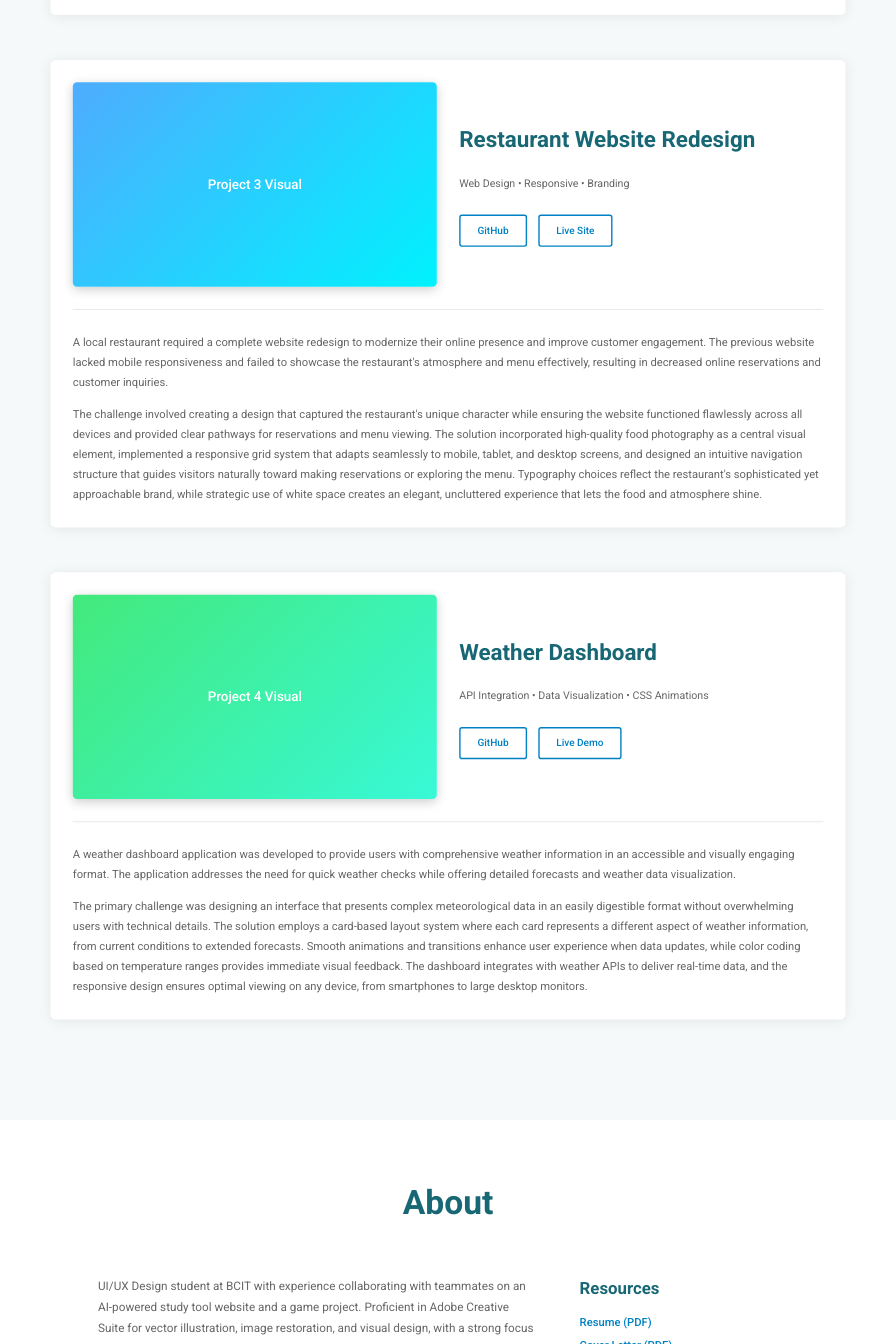
Repository: DonaldCWong/portfolio
Page: index.html
An editor plug-in stored every save of this project. The page is shown before and after the next save, followed by the edit.
The browser window is 1280 px wide. The pictures show the part of the page from y = 2261 to 4181 px (the page is 4866 px tall), at 70% of full size.

Above is the page before, as saved 2026-01-12 12:29:26.

### index.html
<!DOCTYPE html>
<html lang="en">
  <head>
    <meta charset="UTF-8">
    <meta name="viewport" content="width=device-width, initial-scale=1.0">
    <meta name="description" content="Donald Wong - Portfolio showcasing web development and design projects">
    <title>Donald Wong | Portfolio</title>
    <link rel="stylesheet" href="styles.css">
    <link rel="preconnect" href="https://fonts.googleapis.com">
    <link rel="preconnect" href="https://fonts.gstatic.com" crossorigin>
    <link href="https://fonts.googleapis.com/css2?family=Roboto:wght@300;400;500;700;900&display=swap" rel="stylesheet">
  </head>
  <body>
    <!-- Navigation -->
    <nav class="nav">
        <div class="nav-container">
            <a href="#home" class="logo">DW</a>
            <ul class="nav-menu">
                <li><a href="#projects">Projects</a></li>
                <li><a href="#about">About</a></li>
                <li><a href="#contact">Contact</a></li>
            </ul>
        </div>
    </nav>

    <!-- Hero / Landing -->
    <section id="home" class="hero">
        <div class="hero-content">
            <h1 class="hero-title">Donald Wong</h1>
            <p class="hero-subtitle">Graphic Designer & UX/UI Designer</p>
            <a href="#projects" class="cta-button">View Projects</a>
        </div>
    </section>

    <!-- Projects Section -->
    <section id="projects" class="projects">
        <div class="container">
            <h2 class="section-title">Projects</h2>

            <!-- Project 1 -->
            <article class="project">
                <div class="project-header">
                    <div class="project-visual">
                        <div class="project-image-placeholder project-1">
                            <span>Project 1 Visual</span>
                        </div>
                    </div>
                    <div class="project-info">
                        <h3 class="project-title">DVD Player Design</h3>
                        <p class="project-tags">Vector Graphics, Illustrator</p>
                        <div class="project-links">
                            <a href="https://github.com/DonaldCWong/ecommerce-platform" target="_blank" rel="noopener noreferrer" class="project-link">GitHub</a>
                            <a href="https://ecommerce-demo.netlify.app" target="_blank" rel="noopener noreferrer" class="project-link">Live Demo</a>
                        </div>
                    </div>
                </div>
                <div class="project-rationale">
                    <p>
                      This project is a detailed digital recreation of a DVD player, created to demonstrate precision, attention to detail, and effective use of vector illustration tools in Adobe Illustrator. The objective was to accurately represent a physical product in a digital format, highlighting its structure, components, and visual hierarchy while maintaining correct proportions and scale.                    </p>
                    <p>
                      The primary challenge involved ensuring visual accuracy while designing each element with consistency and clarity. This required careful alignment, spacing, and scaling to reflect how the product functions and appears in real life. Visual effects such as shadows and subtle blurs were applied to enhance depth and realism, helping the design feel more tangible. The completed illustration demonstrates how digital product recreations can be used to evaluate design decisions, communicate product details, and explore potential refinements before physical production.                    </p>
                </div>
            </article>

            <!-- Project 2 -->
            <article class="project">
                <div class="project-header">
                    <div class="project-visual">
                        <div class="project-image-placeholder project-2">
                            <span>Project 2 Visual</span>
                        </div>
                    </div>
                    <div class="project-info">
                        <h3 class="project-title">Can Design</h3>
                        <p class="project-tags">Photoshop, Illustrator</p>
                        <div class="project-links">
                            <a href="https://github.com/DonaldCWong/task-manager" target="_blank" rel="noopener noreferrer" class="project-link">GitHub</a>
                            <a href="https://taskmanager-demo.netlify.app" target="_blank" rel="noopener noreferrer" class="project-link">Live Demo</a>
                        </div>
                    </div>
                </div>
                <div class="project-rationale">
                    <p>
                        A task management application was created to help individuals and small teams organize their workflows more effectively. The application provides users with tools to create, categorize, and track tasks through various stages of completion, addressing the common issue of scattered information across multiple platforms.
                    </p>
                    <p>
                        The design challenge centered on creating an interface that felt lightweight and approachable while offering sufficient organization features. Research indicated users wanted immediate access to their most important tasks without visual clutter. The solution features a minimal design with color-coded categories for quick visual scanning, drag-and-drop functionality for intuitive task organization, and local storage capabilities that preserve data without requiring account creation. The interface prioritizes clarity and efficiency, enabling users to manage their tasks with minimal cognitive load.
                    </p>
                </div>
            </article>

            <!-- Project 3 -->
            <article class="project">
                <div class="project-header">
                    <div class="project-visual">
                        <div class="project-image-placeholder project-3">
                            <span>Project 3 Visual</span>
                        </div>
                    </div>
                    <div class="project-info">
                        <h3 class="project-title">Restaurant Website Redesign</h3>
                        <p class="project-tags">Web Design • Responsive • Branding</p>
                        <div class="project-links">
                            <a href="https://github.com/DonaldCWong/restaurant-website" target="_blank" rel="noopener noreferrer" class="project-link">GitHub</a>
                            <a href="https://restaurant-redesign.netlify.app" target="_blank" rel="noopener noreferrer" class="project-link">Live Site</a>
                        </div>
                    </div>
                </div>
                <div class="project-rationale">
                    <p>
                        A local restaurant required a complete website redesign to modernize their online presence and improve customer engagement. The previous website lacked mobile responsiveness and failed to showcase the restaurant's atmosphere and menu effectively, resulting in decreased online reservations and customer inquiries.
                    </p>
                    <p>
                        The challenge involved creating a design that captured the restaurant's unique character while ensuring the website functioned flawlessly across all devices and provided clear pathways for reservations and menu viewing. The solution incorporated high-quality food photography as a central visual element, implemented a responsive grid system that adapts seamlessly to mobile, tablet, and desktop screens, and designed an intuitive navigation structure that guides visitors naturally toward making reservations or exploring the menu. Typography choices reflect the restaurant's sophisticated yet approachable brand, while strategic use of white space creates an elegant, uncluttered experience that lets the food and atmosphere shine.
                    </p>
                </div>
            </article>

            <!-- Project 4 -->
            <article class="project">
                <div class="project-header">
                    <div class="project-visual">
                        <div class="project-image-placeholder project-4">
                            <span>Project 4 Visual</span>
                        </div>
                    </div>
                    <div class="project-info">
                        <h3 class="project-title">Weather Dashboard</h3>
                        <p class="project-tags">API Integration • Data Visualization • CSS Animations</p>
                        <div class="project-links">
                            <a href="https://github.com/DonaldCWong/weather-dashboard" target="_blank" rel="noopener noreferrer" class="project-link">GitHub</a>
                            <a href="https://weather-dashboard-demo.netlify.app" target="_blank" rel="noopener noreferrer" class="project-link">Live Demo</a>
                        </div>
                    </div>
                </div>
                <div class="project-rationale">
                    <p>
                        A weather dashboard application was developed to provide users with comprehensive weather information in an accessible and visually engaging format. The application addresses the need for quick weather checks while offering detailed forecasts and weather data visualization.
                    </p>
                    <p>
                        The primary challenge was designing an interface that presents complex meteorological data in an easily digestible format without overwhelming users with technical details. The solution employs a card-based layout system where each card represents a different aspect of weather information, from current conditions to extended forecasts. Smooth animations and transitions enhance user experience when data updates, while color coding based on temperature ranges provides immediate visual feedback. The dashboard integrates with weather APIs to deliver real-time data, and the responsive design ensures optimal viewing on any device, from smartphones to large desktop monitors.
                    </p>
                </div>
            </article>
        </div>
    </section>

    <!-- About Section -->
    <section id="about" class="about">
        <div class="container">
            <h2 class="section-title">About</h2>
            <div class="about-content">
                <div class="about-text">
                    <p>
                      UI/UX Design student at BCIT with experience collaborating with teammates on an AI-powered study tool website and a game project. Proficient in Adobe Creative Suite for vector illustration, image restoration, and visual design, with a strong focus on user-centered design.
                    <p>
                        Passionate with creating new designs and bringing life to ideas. From graphic design to web development, I am always looking forward to new challenges.
                    </p>
                </div>
                <div class="about-links">
                    <h3>Resources</h3>
                    <ul class="resource-links">
                        <li><a href="src/assets/Donald_Wong_Resume.pdf" target="_blank" rel="noopener noreferrer">Resume (PDF)</a></li>
                        <li><a href="/cover-letter.pdf" target="_blank" rel="noopener noreferrer">Cover Letter (PDF)</a></li>
                        <li><a href="https://www.linkedin.com/in/donald-c-wong/" target="_blank" rel="noopener noreferrer">LinkedIn</a></li>
                        <li><a href="https://github.com/DonaldCWong" target="_blank" rel="noopener noreferrer">GitHub</a></li>
                    </ul>
                </div>
            </div>
        </div>
    </section>

    <!-- Contact Section -->
    <section id="contact" class="contact">
        <div class="container">
            <h2 class="section-title">Contact</h2>
            <div class="contact-content">
                <p>Interested in collaborating or have questions?</p>
                <div class="contact-links">
                    <a href="mailto:DonaldWong06@outlook.com" class="contact-link">DonaldWong06@outlook.com</a>
                    <a href="https://www.linkedin.com/in/donald-c-wong/" target="_blank" rel="noopener noreferrer" class="contact-link">LinkedIn</a>
                </div>
            </div>
        </div>
    </section>

    <!-- Footer -->
    <footer class="footer">
        <div class="container">
            <p>&copy; 2026 Donald Wong. All rights reserved.</p>
        </div>
    </footer>

    <script src="script.js"></script>
  </body>
</html>

### styles.css
/* Reset and Base Styles */
* {
    margin: 0;
    padding: 0;
    box-sizing: border-box;
}

:root {
    /* Colors */
    --primary-color: #186775;
    --secondary-color: #f5f5f5;
    --accent-color: #0081c3;
    --accent-hover: #4abfa1;
    --text-primary: #1a1a1a;
    --text-secondary: #666666;
    --text-light: #999999;
    --border-color: #e0e0e0;
    --bg-light: #f5f9fa;

    /* Typography */
    --font-primary: 'Roboto', -apple-system, BlinkMacSystemFont, 'Segoe UI', sans-serif;
    --font-display: 'Roboto', -apple-system, BlinkMacSystemFont, 'Segoe UI', sans-serif;

    /* Spacing */
    --spacing-xs: 0.5rem;
    --spacing-sm: 1rem;
    --spacing-md: 2rem;
    --spacing-lg: 4rem;
    --spacing-xl: 6rem;

    /* Layout */
    --container-max-width: 1200px;
    --section-padding: 5rem 0;
}

html {
    scroll-behavior: smooth;
}

body {
    font-family: var(--font-primary);
    color: var(--text-primary);
    line-height: 1.6;
    font-size: 16px;
    background-color: #ffffff;
}

.container {
    max-width: var(--container-max-width);
    margin: 0 auto;
    padding: 0 var(--spacing-md);
}

/* Navigation */
.nav {
    position: fixed;
    top: 0;
    left: 0;
    right: 0;
    background-color: rgba(255, 255, 255, 0.95);
    backdrop-filter: blur(10px);
    box-shadow: 0 2px 10px rgba(0, 0, 0, 0.05);
    z-index: 1000;
    padding: var(--spacing-sm) 0;
}

.nav-container {
    max-width: var(--container-max-width);
    margin: 0 auto;
    padding: 0 var(--spacing-md);
    display: flex;
    justify-content: space-between;
    align-items: center;
}

.logo {
    font-family: var(--font-display);
    font-size: 1.5rem;
    font-weight: 600;
    color: var(--primary-color);
    text-decoration: none;
    letter-spacing: 0.05em;
}

.nav-menu {
    display: flex;
    list-style: none;
    gap: var(--spacing-md);
}

.nav-menu a {
    color: var(--text-primary);
    text-decoration: none;
    font-weight: 500;
    font-size: 0.95rem;
    transition: color 0.3s ease;
}

.nav-menu a:hover {
    color: var(--accent-color);
}

/* Hero Section */
.hero {
    min-height: 100vh;
    display: flex;
    align-items: center;
    justify-content: center;
    background: linear-gradient(135deg, #e8f4f6 0%, #c8e8eb 100%);
    padding-top: 80px;
    text-align: center;
}

.hero-content {
    max-width: 800px;
    padding: var(--spacing-md);
}

.hero-title {
    font-family: var(--font-display);
    font-size: clamp(3rem, 8vw, 6rem);
    font-weight: 600;
    color: var(--primary-color);
    margin-bottom: var(--spacing-sm);
    letter-spacing: -0.02em;
}

.hero-subtitle {
    font-size: clamp(1.1rem, 2vw, 1.5rem);
    color: var(--text-secondary);
    margin-bottom: var(--spacing-md);
    font-weight: 400;
}

.cta-button {
    display: inline-block;
    padding: 1rem 2.5rem;
    background-color: var(--accent-color);
    color: white;
    text-decoration: none;
    border-radius: 4px;
    font-weight: 500;
    transition: background-color 0.3s ease, transform 0.2s ease;
    margin-top: var(--spacing-sm);
}

.cta-button:hover {
    background-color: var(--accent-hover);
    transform: translateY(-2px);
}

/* Section Styles */
section {
    padding: var(--section-padding);
}

.section-title {
    font-family: var(--font-display);
    font-size: clamp(2rem, 4vw, 3rem);
    font-weight: 600;
    margin-bottom: var(--spacing-lg);
    text-align: center;
    color: var(--primary-color);
}

/* Projects Section */
.projects {
    background-color: var(--bg-light);
}

.project {
    background-color: white;
    border-radius: 8px;
    padding: var(--spacing-md);
    margin-bottom: var(--spacing-lg);
    box-shadow: 0 2px 20px rgba(0, 0, 0, 0.08);
    transition: transform 0.3s ease, box-shadow 0.3s ease;
}

.project:hover {
    transform: translateY(-4px);
    box-shadow: 0 4px 30px rgba(0, 0, 0, 0.12);
}

.project-header {
    display: grid;
    grid-template-columns: 1fr 1fr;
    gap: var(--spacing-md);
    margin-bottom: var(--spacing-md);
    align-items: center;
}

.project-visual {
    width: 100%;
}

.project-image-placeholder {
    width: 100%;
    aspect-ratio: 16 / 9;
    background: linear-gradient(135deg, #667eea 0%, #764ba2 100%);
    border-radius: 6px;
    display: flex;
    align-items: center;
    justify-content: center;
    color: white;
    font-size: 1.2rem;
    font-weight: 500;
    box-shadow: 0 4px 15px rgba(0, 0, 0, 0.2);
}

.project-image {
    width: 100%;
    height: auto;
    aspect-ratio: 16 / 9;
    object-fit: cover;
    border-radius: 6px;
    box-shadow: 0 4px 15px rgba(0, 0, 0, 0.2);
}

.project-2 {
    background: linear-gradient(135deg, #f093fb 0%, #f5576c 100%);
}

.project-3 {
    background: linear-gradient(135deg, #4facfe 0%, #00f2fe 100%);
}

.project-4 {
    background: linear-gradient(135deg, #43e97b 0%, #38f9d7 100%);
}

.project-info {
    display: flex;
    flex-direction: column;
    gap: var(--spacing-sm);
}

.project-title {
    font-family: var(--font-display);
    font-size: clamp(1.5rem, 3vw, 2rem);
    font-weight: 600;
    color: var(--primary-color);
    margin-bottom: var(--spacing-xs);
}

.project-tags {
    color: var(--text-secondary);
    font-size: 0.95rem;
    margin-bottom: var(--spacing-sm);
}

.project-links {
    display: flex;
    gap: var(--spacing-sm);
    flex-wrap: wrap;
}

.project-link {
    display: inline-block;
    padding: 0.6rem 1.5rem;
    border: 2px solid var(--accent-color);
    color: var(--accent-color);
    text-decoration: none;
    border-radius: 4px;
    font-weight: 500;
    font-size: 0.9rem;
    transition: all 0.3s ease;
}

.project-link:hover {
    background-color: var(--accent-color);
    color: white;
}

.project-rationale {
    margin-top: var(--spacing-md);
    padding-top: var(--spacing-md);
    border-top: 1px solid var(--border-color);
}

.project-rationale p {
    margin-bottom: var(--spacing-sm);
    color: var(--text-secondary);
    line-height: 1.8;
    font-size: 1rem;
}

.project-rationale p:last-child {
    margin-bottom: 0;
}

/* About Section */
.about {
    background-color: white;
}

.about-content {
    display: grid;
    grid-template-columns: 2fr 1fr;
    gap: var(--spacing-lg);
    max-width: 1000px;
    margin: 0 auto;
}

.about-text p {
    margin-bottom: var(--spacing-sm);
    color: var(--text-secondary);
    line-height: 1.8;
    font-size: 1.05rem;
}

.about-text p:last-child {
    margin-bottom: 0;
}

.about-links h3 {
    font-family: var(--font-display);
    font-size: 1.5rem;
    margin-bottom: var(--spacing-sm);
    color: var(--primary-color);
}

.resource-links {
    list-style: none;
    display: flex;
    flex-direction: column;
    gap: var(--spacing-xs);
}

.resource-links a {
    color: var(--accent-color);
    text-decoration: none;
    font-weight: 500;
    transition: color 0.3s ease;
    padding: 0.5rem 0;
    border-bottom: 1px solid transparent;
}

.resource-links a:hover {
    color: var(--accent-hover);
    border-bottom-color: var(--accent-hover);
}

/* Contact Section */
.contact {
    background-color: var(--bg-light);
    text-align: center;
}

.contact-content {
    max-width: 600px;
    margin: 0 auto;
}

.contact-content > p {
    font-size: 1.1rem;
    color: var(--text-secondary);
    margin-bottom: var(--spacing-md);
}

.contact-links {
    display: flex;
    justify-content: center;
    gap: var(--spacing-md);
    flex-wrap: wrap;
}

.contact-link {
    color: var(--accent-color);
    text-decoration: none;
    font-weight: 500;
    font-size: 1.1rem;
    padding: 0.8rem 1.5rem;
    border: 2px solid var(--accent-color);
    border-radius: 4px;
    transition: all 0.3s ease;
}

.contact-link:hover {
    background-color: var(--accent-color);
    color: white;
}

/* Footer */
.footer {
    background-color: var(--primary-color);
    color: white;
    padding: var(--spacing-md) 0;
    text-align: center;
}

.footer p {
    color: rgba(255, 255, 255, 0.7);
    font-size: 0.9rem;
}

/* Responsive Design */
@media (max-width: 768px) {
    :root {
        --section-padding: 3rem 0;
        --spacing-lg: 2rem;
    }

    .nav-menu {
        gap: var(--spacing-sm);
    }

    .nav-menu a {
        font-size: 0.85rem;
    }

    .project-header {
        grid-template-columns: 1fr;
    }

    .project-info {
        order: -1;
    }

    .about-content {
        grid-template-columns: 1fr;
    }

    .contact-links {
        flex-direction: column;
        align-items: center;
    }

    .project-link {
        width: 100%;
        text-align: center;
    }
}

@media (max-width: 480px) {
    .container {
        padding: 0 var(--spacing-sm);
    }

    .nav-container {
        padding: 0 var(--spacing-sm);
    }

    .project {
        padding: var(--spacing-sm);
    }

    .project-image-placeholder {
        font-size: 1rem;
    }
}

Loaded but not shown: script.js (48 lines, source omitted)

After the next save:
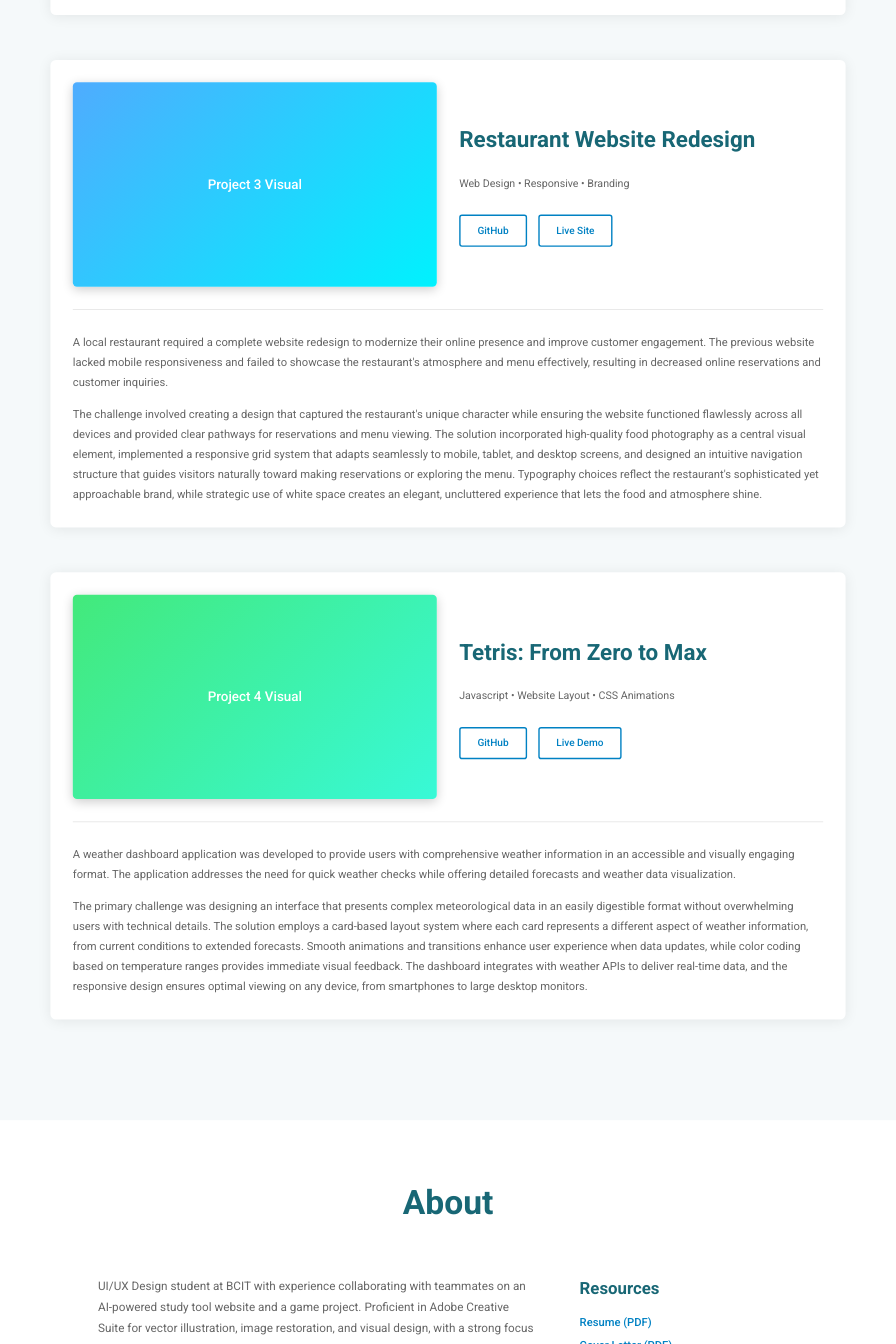
Saved 13 min 45 s later.
--- a/index.html
+++ b/index.html
@@ -125,11 +125,11 @@
                         </div>
                     </div>
                     <div class="project-info">
-                        <h3 class="project-title">Weather Dashboard</h3>
-                        <p class="project-tags">API Integration • Data Visualization • CSS Animations</p>
+                        <h3 class="project-title">Tetris: From Zero to Max</h3>
+                        <p class="project-tags">Javascript • Website Layout • CSS Animations</p>
                         <div class="project-links">
-                            <a href="https://github.com/DonaldCWong/weather-dashboard" target="_blank" rel="noopener noreferrer" class="project-link">GitHub</a>
-                            <a href="https://weather-dashboard-demo.netlify.app" target="_blank" rel="noopener noreferrer" class="project-link">Live Demo</a>
+                            <a href="https://github.com/DonaldCWong/courseprojectdesign" target="_blank" rel="noopener noreferrer" class="project-link">GitHub</a>
+                            <a href="https://courseprojectdesign.vercel.app/" target="_blank" rel="noopener noreferrer" class="project-link">Live Demo</a>
                         </div>
                     </div>
                 </div>
